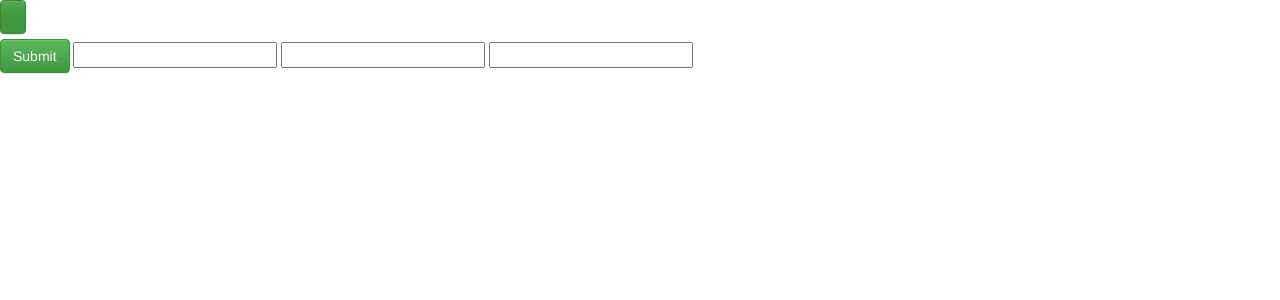
Repository: ManojAndroid/WellcomeToAndroidApp
Page: AddressBook_App/Bootstrap_Project/WebContent/index.html
These files come from the project's save history. The page is drawn as it stood at one moment and after the next save; the edit follows.
The browser window is 1280 px wide. The pictures show the whole page.

Above is the page before, as saved 2017-04-18 11:26:39.
Console error (its wording comes from the project's code and is left out).

### AddressBook_App/Bootstrap_Project/WebContent/index.html
<!DOCTYPE html>
<html>
<head>
<meta charset="UTF-8">
<title>Insert title here</title>
<link rel="stylesheet"
	href="https://maxcdn.bootstrapcdn.com/bootstrap/3.3.7/css/bootstrap.min.css"
	integrity="sha384-BVYiiSIFeK1dGmJRAkycuHAHRg32OmUcww7on3RYdg4Va+PmSTsz/K68vbdEjh4u"
	crossorigin="anonymous">
<link rel="stylesheet"
	href="https://maxcdn.bootstrapcdn.com/bootstrap/3.3.7/css/bootstrap-theme.min.css"
	integrity="sha384-rHyoN1iRsVXV4nD0JutlnGaslCJuC7uwjduW9SVrLvRYooPp2bWYgmgJQIXwl/Sp"
	crossorigin="anonymous">
<script
	src="https://maxcdn.bootstrapcdn.com/bootstrap/3.3.7/js/bootstrap.min.js"
	integrity="sha384-Tc5IQib027qvyjSMfHjOMaLkfuWVxZxUPnCJA7l2mCWNIpG9mGCD8wGNIcPD7Txa"
	crossorigin="anonymous"></script>

</head>
<body>
<form action="">
<label><input type="button" class="btn btn-success"></label>
<br/>
<label><input type="submit" class="btn btn-success"></label>
<label><input type="AddPerson"></label>
<label><input type="AddPerson"></label>
<label><input type="AddPerson"></label>



</form>

</body>
</html>

After the next save:
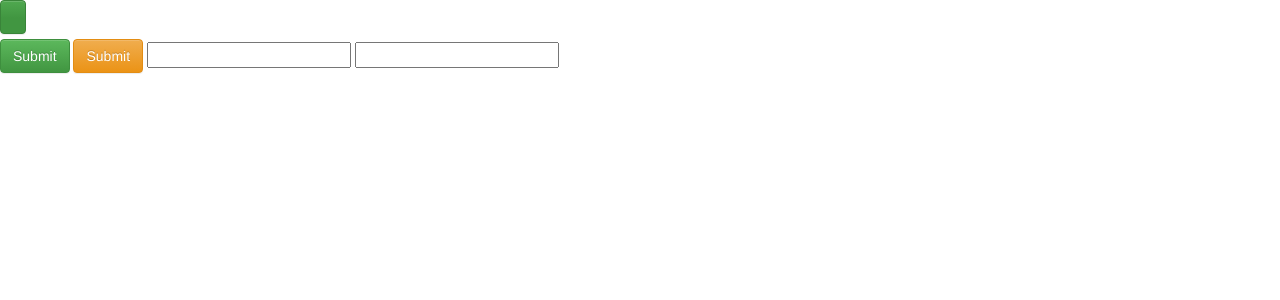
Saved 54 s later.
--- a/AddressBook_App/Bootstrap_Project/WebContent/index.html
+++ b/AddressBook_App/Bootstrap_Project/WebContent/index.html
@@ -22,7 +22,7 @@
 <label><input type="button" class="btn btn-success"></label>
 <br/>
 <label><input type="submit" class="btn btn-success"></label>
-<label><input type="AddPerson"></label>
+<label><input type="submit"class="btn btn-warning"></label>
 <label><input type="AddPerson"></label>
 <label><input type="AddPerson"></label>
 
